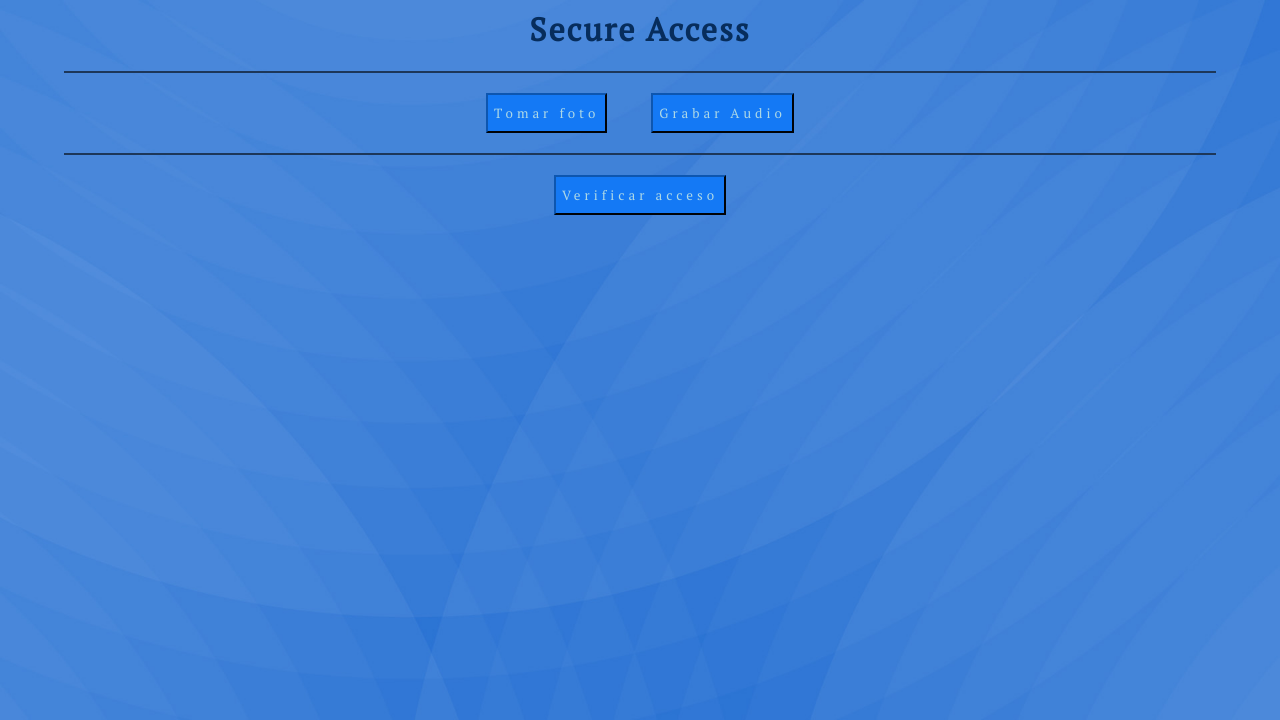
Repository: dabarreiroh/SECURE-ACCESS
Page: accessecure/templates/home/index.html
These files come from the project's save history. The page is drawn as it stood at one moment and after the next save; the edit follows.
The browser window is 1280 px wide. The pictures show the whole page.

Above is the page before, as saved 2020-03-16 23:44:49.

### accessecure/templates/home/index.html
<html>
    <head>
        <link rel="stylesheet" href="./../../static/admin/css/index/index.css">
        <link href="https://fonts.googleapis.com/css?family=PT+Serif&display=swap" rel="stylesheet">

    </head>
<body>

<h1>Secure Access</h1>

<div class="options">
    <input type="button" value="Tomar foto" onClick="window.location.href='photo'">
    <input type="button" value="Grabar Audio" onClick="window.location.href='audio'">
</div>


<div>
    <input type="button" value="Verificar acceso" onClick="window.location.href='verified'">
</div>

</body>
</html>

### accessecure/static/admin/css/index/index.css
*{
    text-align: center;
    font-family: 'PT Serif', serif;
}

body{
    background-image: url(../../img/background.jpg);
    background-size: cover;
}

h1{
    color: #072D5C;
    /* color: #1D3759; */
    letter-spacing: 2px;
}

.options{
    border: solid #1D3759;
    border-width: 2px 0px;
    width: 90vw;
    margin: 0 auto;
}

input{
    margin: 20px;
    height: 40px;
    letter-spacing: 0.3em;
    background-color: #1479F5;
    border: 2px solid #072D5C;
    border-style: outset;
    color: lightblue;
}

After the next save:
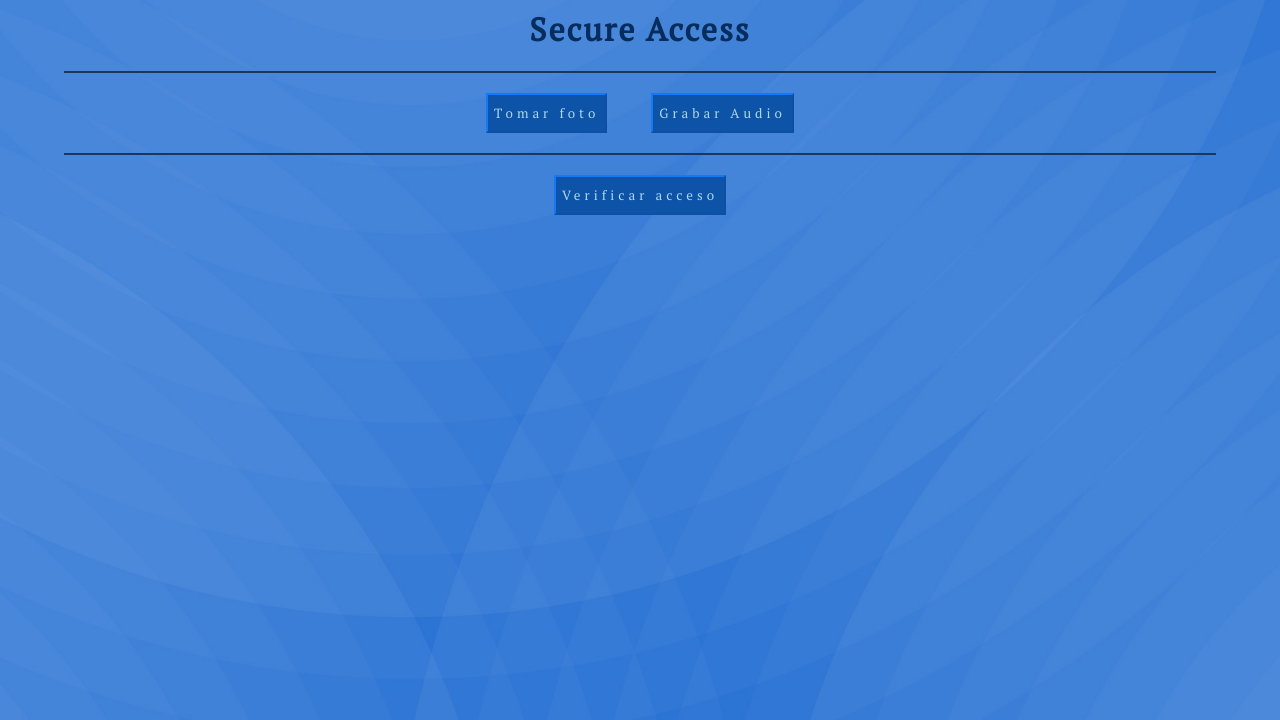
Saved 13 s later.
--- a/accessecure/static/admin/css/index/index.css
+++ b/accessecure/static/admin/css/index/index.css
@@ -25,8 +25,8 @@ input{
     margin: 20px;
     height: 40px;
     letter-spacing: 0.3em;
-    background-color: #1479F5;
-    border: 2px solid #072D5C;
+    background-color: #0D53A8;
+    border: 2px solid #1479F5;
     border-style: outset;
     color: lightblue;
 }
